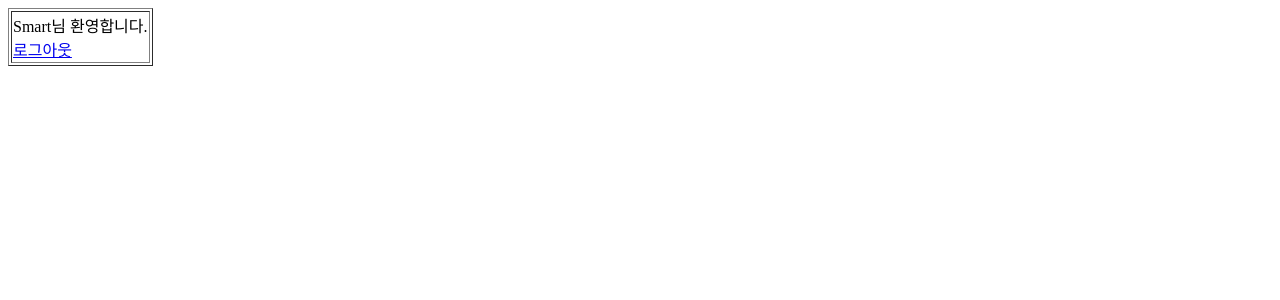
Repository: choiungsik/WEBStudy
Page: http://localhost/JSP/LoginSuccess.jsp
An editor plug-in stored every save of this project. The page is shown before and after a run of saves, followed by the edit.
The browser window is 1280 px wide. The pictures show the whole page.
The page is served by Tomcat 9.

Above is the page before, as saved 2020-07-16 01:33:55.

After the next 2 saves:
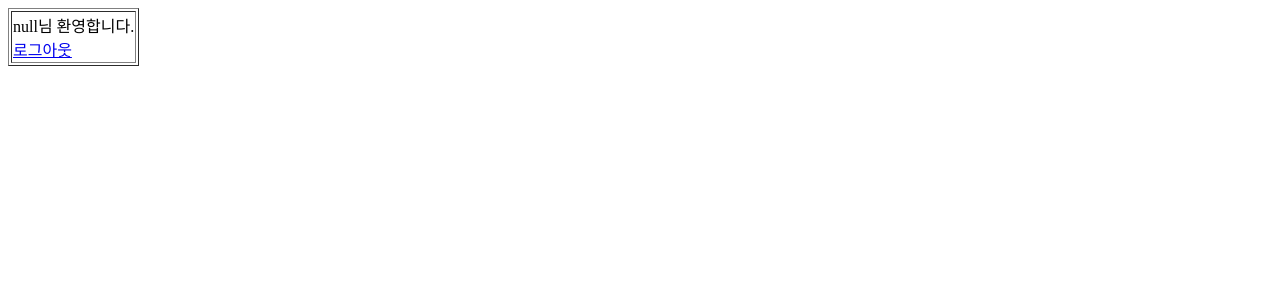
The 2 saves are shown as one change because they came seconds apart.
The last was saved 53 s later.
--- a/JSP/WebContent/LoginSuccess.jsp
+++ b/JSP/WebContent/LoginSuccess.jsp
@@ -8,10 +8,11 @@
 </head>
 <body>
 	<% String id = request.getParameter("id");
-			System.out.print(id);%>
+			System.out.print(id);
+			String name = null;%>
 		<table border="1">
 			<td>
-			<a>Smart님 환영합니다.</a><br>
+			<a><%= name%>님 환영합니다.</a><br>
 			<a href="Login.html">로그아웃</a>
 			</td>
 		</table>
